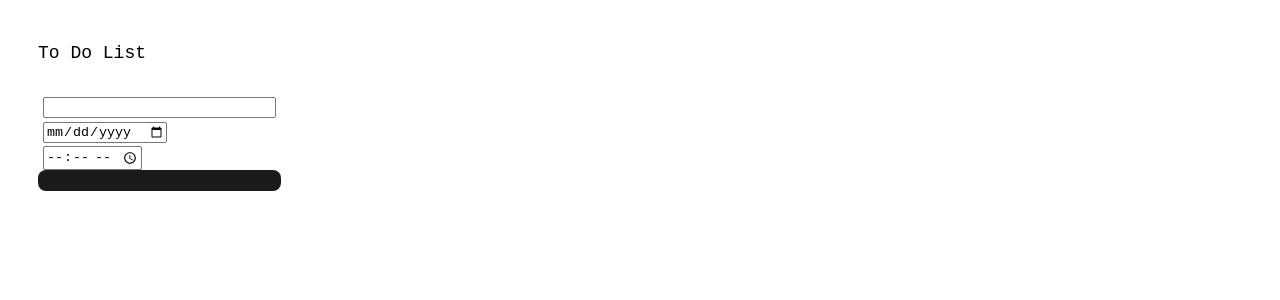
Repository: aknurkappar/nfactorial-web-advanced-todolist-homework
Page: / (app in front/toDoFront/)
An editor plug-in stored every save of this project. The page is shown before and after a run of saves, followed by the edit.
The browser window is 1280 px wide. The pictures show the whole page.
The page's requests for data from a server got no answer. The project was rebuilt for these pictures with package versions that can differ from the ones it lists, and the page was loaded fresh each time. No one was signed in, and anything a server would have sent is missing. Also part of the build but not shown: front/toDoFront/vite.config.ts.

Above is the page before, as saved 2023-05-09 14:59:18.

After the next 2 saves:
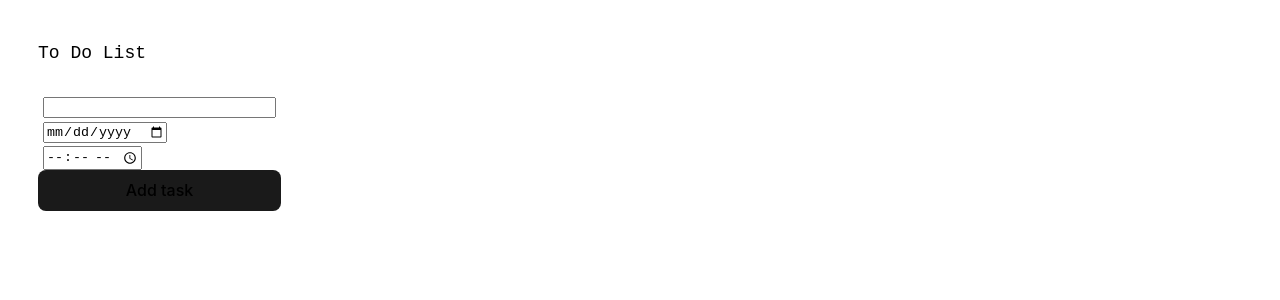
The 2 saves are shown as one change because they came seconds apart.
The last was saved 8 s later.
--- a/front/toDoFront/src/components/AddTaskComponent/index.tsx
+++ b/front/toDoFront/src/components/AddTaskComponent/index.tsx
@@ -9,7 +9,7 @@ function AddTaskComponent() {
         <input type='date'/>
         <input type='time'/>
       </div>
-      <button type='submit'></button>
+      <button type='submit'>Add task</button>
     </form>
   )
 }
